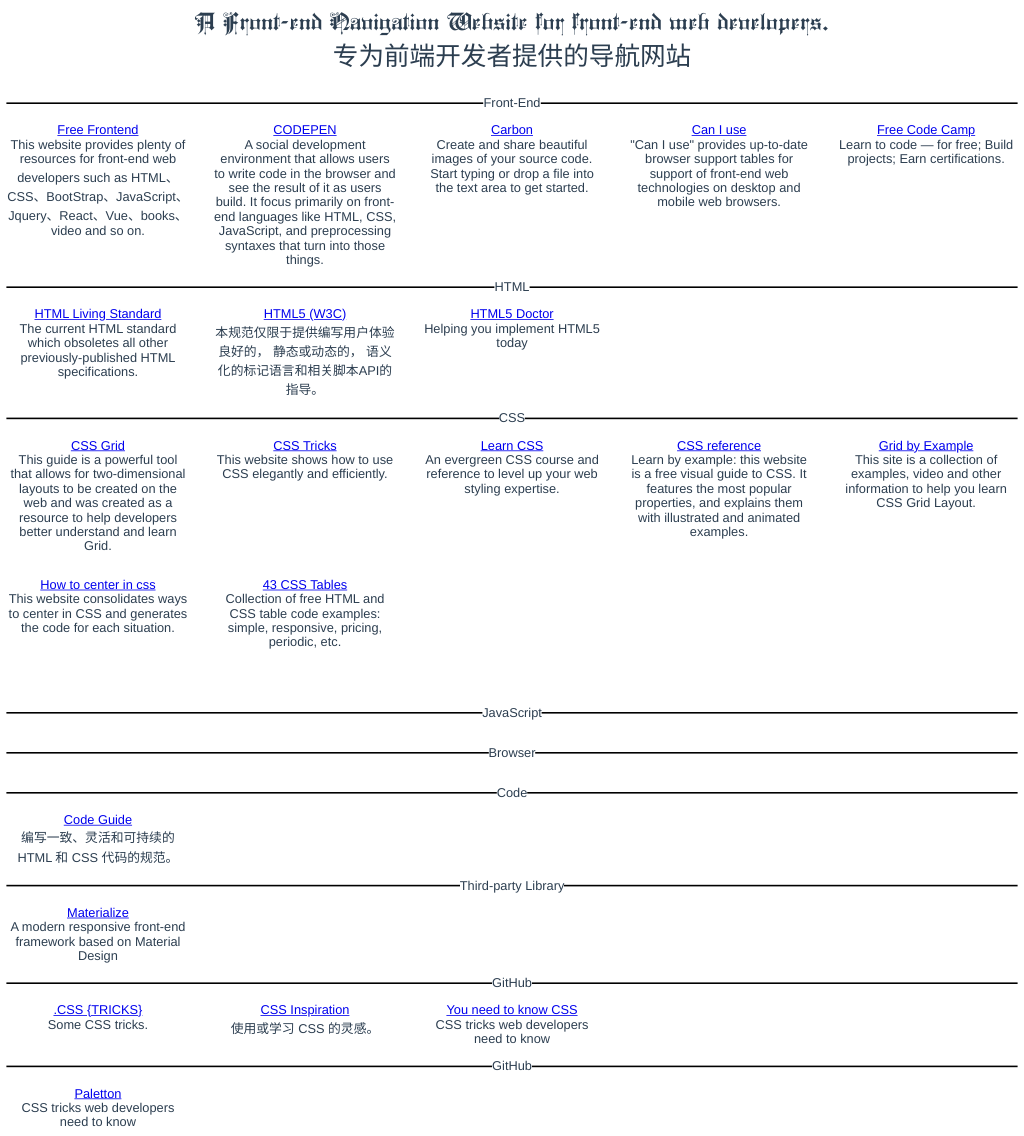
Repository: 321paranoiawhy/fenav.io
Page: /
An editor plug-in stored every save of this project. The page is shown before and after a run of saves, followed by the edit.
The browser window is 1280 px wide. The pictures show the whole page, at 80% of full size.
The project was rebuilt for these pictures with package versions that can differ from the ones it lists, and the page was loaded fresh each time. Also part of the build but not shown: vue.config.js.

Above is the page before, as saved 2022-04-06 01:16:44.

After the next 21 saves:
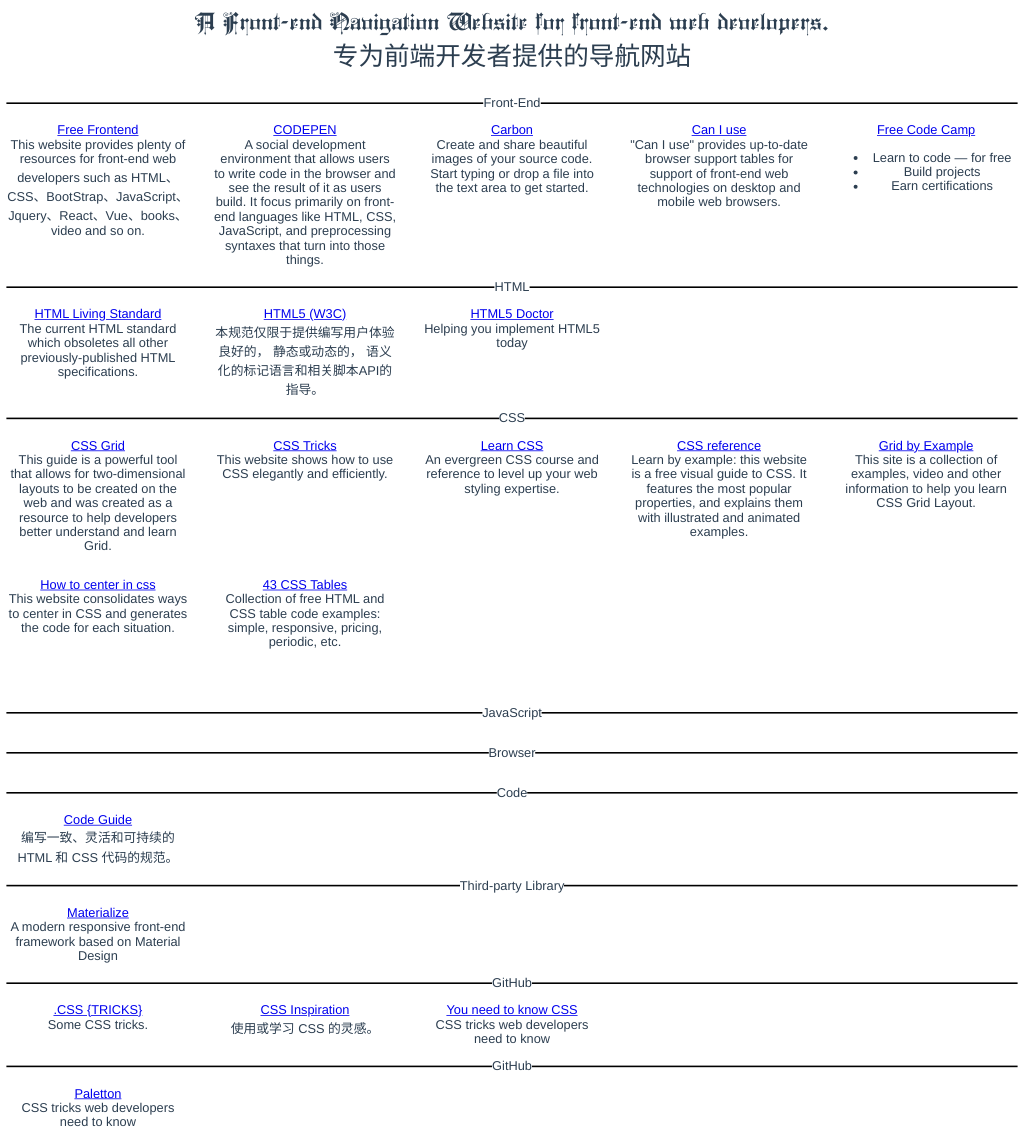
The 21 saves are shown as one change because 4 did not build or start and some came seconds apart.
The last was saved 64 s later.
--- a/src/views/HomeView.vue
+++ b/src/views/HomeView.vue
@@ -44,7 +44,11 @@
                 >Free Code Camp</a
             >
             <div class="description">
-                Learn to code — for free; Build projects; Earn certifications.
+              <ul>
+                <li>Learn to code — for free</li>
+                <li>Build projects</li>
+                <li>Earn certifications</li>
+                </ul>
             </div>
         </div>
     </div>
